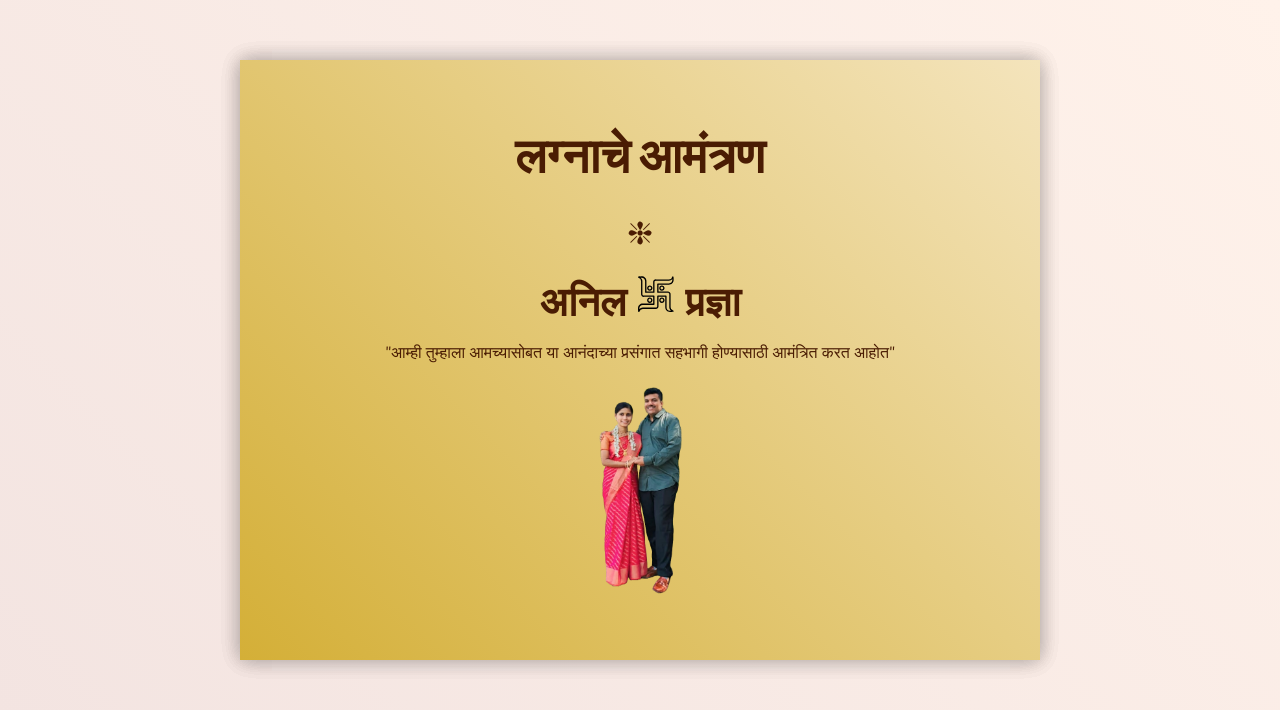
Repository: abhibkop27/finalwedding
Page: index.html
These files come from the project's save history. The page is drawn as it stood at one moment and after the next save; the edit follows.
The browser window is 1280 px wide. The pictures show the whole page.

Above is the page before, as saved 2025-02-18 13:10:45.

### index.html
<!DOCTYPE html>
<html lang="mr">
<head>
    <meta charset="UTF-8">
    <meta name="viewport" content="width=device-width, initial-scale=1.0">
    <title>लग्नाची आमंत्रण</title>
    <link rel="stylesheet" href="style.css">
    <link href="https://fonts.googleapis.com/css2?family=Great+Vibes&family=Lora:ital@1&display=swap" rel="stylesheet">
</head>
<body>
    <div class="book">

        <div class="page cover active">
            <div class="content">
                <h1>लग्नाचे आमंत्रण</h1>
                <div class="ornament">❈</div>
                <h2 class="main-name">अनिल <img class="main-name" src="./asstes/pics/swastik.svg" alt="" style="height: 2.7rem;"> प्रज्ञा </h2>
                <p>"आम्ही तुम्हाला आमच्यासोबत या आनंदाच्या प्रसंगात सहभागी होण्यासाठी आमंत्रित करत आहोत"</p>
                <img src="./asstes/pics/Adobe Express - file.png" alt="वेडिंग" style="height: 14rem;">
            </div>
        </div>

        <div class="page">
            <div class="content">
                <h2>लग्न समारंभ</h2>
                <p class="date">२० फेब्रुवारी, २०२५</p>
                <p class="time">दुपारी १२:२१</p>
                <div class="venue">
                    <h3>स्थळ</h3>
                    <p>रेशिमगाठी सांस्कृतिक भवन</p>
                    <a href="https://maps.app.goo.gl/dHfJvonCVZ4RNg2w9" target="_blank" class="map-link">स्थान पाहा</a>
                </div>
            </div>
        </div>

        <div class="page">
            <div class="content">
                <h2>आशीर्वादासह</h2>
                <div class="family-details">
                    <div class="family-grid">
                        <div class="family-section">
                            <h3>वराचे आई वडील</h3>
                            <p class="elder-name">श्री लक्ष्मण पारगोंडा देवकी</p>
                            <p class="elder-name">श्रीमती बसलिंग्वा लक्ष्मण देवकी</p>

                        </div>
                        <div class="ornament">❈</div>

                        <div class="family-section">
                            <h3>वधूचे आई वडील</h3>
                            <p class="elder-name">श्री संजय काशिनाथ घाटे</p>
                            <p class="elder-name">श्रीमती देविका संजय घाटे</p>

                        </div>
                    </div>
                </div>
            </div>
        </div>

        <div class="page">
            <div class="content">
                <h2>प्रेमाचा उत्सव</h2>
                <form id="rsvpForm">
                    <p>
                        "आमच्या कुटुंबांच्या आशीर्वादाने,
आम्ही आपल्याला आमच्या लग्नाच्या उत्सवात सहभागी होण्यासाठी आमंत्रित करत आहोत.
तुमची उपस्थिती हेच आमचे सर्वात मोठे आशीर्वाद असेल.
आम्ही तुमच्या प्रेम आणि आशीर्वादाची अपेक्षा करत आहोत."
                    </p>
                </form>
            </div>
        </div>
    </div>

</body>
</html>

### style.css
@font-face {
    font-family: 'zilla';
    src: url('./asstes/fonts/Zilla_Slab/ZillaSlab-SemiBold.ttf') format('truetype');
  }

  .main-name{
    font-family: 'zilla';
  }



body {
    margin: 0;
    padding: 0;
    min-height: 100vh;
    display: flex;
    justify-content: center;
    align-items: center;
    background: linear-gradient(45deg, #f3e4e1, #fff2ea);
    font-family: 'Lora', serif;
    scroll-behavior: smooth;
}

.book {
    width: 90%;
    max-width: 800px;
    height: 600px;
    position: relative;
    perspective: 1500px;
}

.page {
    position: absolute;
    width: 100%;
    height: 100%;
    background: #fff;
    transform-origin: left;
    transition: transform 0.6s, opacity 0.6s;
    box-shadow: 0 0 20px rgba(0,0,0,0.1);
    padding: 20px;
    box-sizing: border-box;
    /* opacity: 0; */
    pointer-events: none;
}

.page.active {
    opacity: 1;
    pointer-events: all;
    z-index: 1;
}

.cover {
    background: linear-gradient(45deg, #d4af37, #f4e4bc);
    color: #4a1c03;
}

.content {
    padding: 20px;
    text-align: center;
}

h1 {
    font-family: 'Great Vibes', cursive;
    font-size: 3em;
    color: #4a1c03;
    margin-bottom: 20px;
}

h2 {
    font-family: 'Great Vibes', cursive;
    font-size: 2.5em;
    color: #4a1c03;
    margin: 15px 0;
}

.ornament {
    font-size: 2em;
    color: #4a1c03;
    margin: 20px 0;
}

.date, .time {
    font-size: 1.2em;
    color: #666;
    margin: 10px 0;
}

.venue {
    margin: 30px 0;
    padding: 20px;
    border: 1px solid #d4af37;
    border-radius: 10px;
}

.map-link {
    display: inline-block;
    margin-top: 15px;
    padding: 10px 20px;
    background: #d4af37;
    color: white;
    text-decoration: none;
    border-radius: 5px;
    transition: background 0.3s;
}

.map-link:hover {
    background: #b38f28;
}

.events {
    display: flex;
    flex-direction: column;
    gap: 20px;
}

.event {
    padding: 15px;
    border: 1px solid #d4af37;
    border-radius: 8px;
}

form {
    display: flex;
    flex-direction: column;
    gap: 15px;
    max-width: 300px;
    margin: 0 auto;
}

input {
    padding: 10px;
    border: 1px solid #d4af37;
    border-radius: 5px;
}

button {
    padding: 10px 20px;
    background: #d4af37;
    color: white;
    border: none;
    border-radius: 5px;
    cursor: pointer;
    transition: background 0.3s;
}

button:hover {
    background: #b38f28;
}

.navigation {
    position: fixed;
    bottom: 20px;
    left: 50%;
    transform: translateX(-50%);
    display: flex;
    gap: 20px;
    z-index: 2;
}

.nav-button {
    padding: 10px 20px;
    background: #d4af37;
    color: white;
    border: none;
    border-radius: 5px;
    cursor: pointer;
    transition: background 0.3s;
}

.nav-button:disabled {
    background: #ccc;
    cursor: not-allowed;
}

@media (max-width: 768px) {
    body {
        align-items: flex-start;
        padding: 20px 0;
        background-attachment: fixed;
    }

    .book {
        height: auto;
        perspective: none;
        display: flex;
        flex-direction: column;
        gap: 30px;
        padding-bottom: 80px;
    }

    .page {
        position: relative;
        height: auto;
        min-height: 500px;
        opacity: 1;
        pointer-events: all;
        transform: none !important;
        transition: none;
    }







    .page.active {
        opacity: 1;
        box-shadow: 0 0 30px rgba(0,0,0,0.2);
    }

    .navigation {
        position: fixed;
        bottom: 20px;
        background: rgba(255, 255, 255, 0.9);
        padding: 10px;
        border-radius: 10px;
        box-shadow: 0 2px 10px rgba(0,0,0,0.1);
    }

    .content {
        padding: 30px 20px;
    }

    h1 {
        font-size: 2.5em;
    }

    h2 {
        font-size: 2em;
    }
}

After the next save:
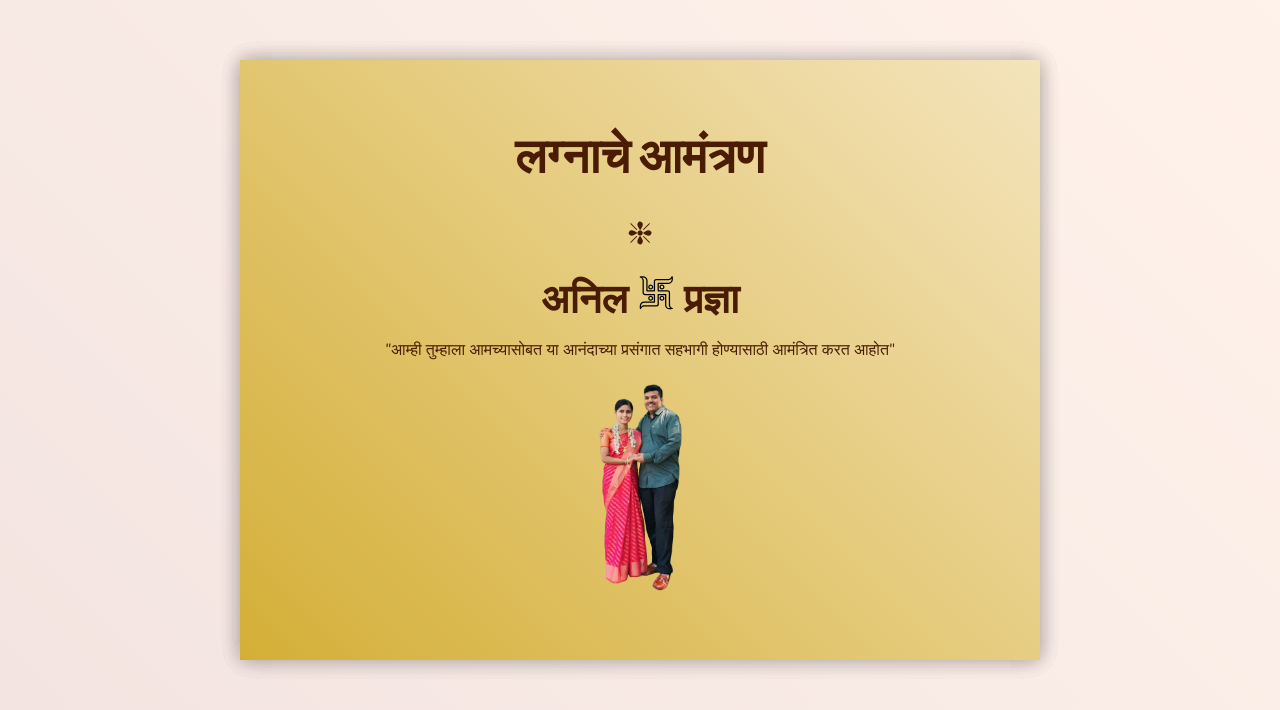
Saved 32 s later.
--- a/index.html
+++ b/index.html
@@ -14,7 +14,7 @@
             <div class="content">
                 <h1>लग्नाचे आमंत्रण</h1>
                 <div class="ornament">❈</div>
-                <h2 class="main-name">अनिल <img class="main-name" src="./asstes/pics/swastik.svg" alt="" style="height: 2.7rem;"> प्रज्ञा </h2>
+                <h2 class="main-name">अनिल <img class="main-name" src="./asstes/pics/swastik.svg" alt="" style="height: 2.5rem;"> प्रज्ञा </h2>
                 <p>"आम्ही तुम्हाला आमच्यासोबत या आनंदाच्या प्रसंगात सहभागी होण्यासाठी आमंत्रित करत आहोत"</p>
                 <img src="./asstes/pics/Adobe Express - file.png" alt="वेडिंग" style="height: 14rem;">
             </div>
